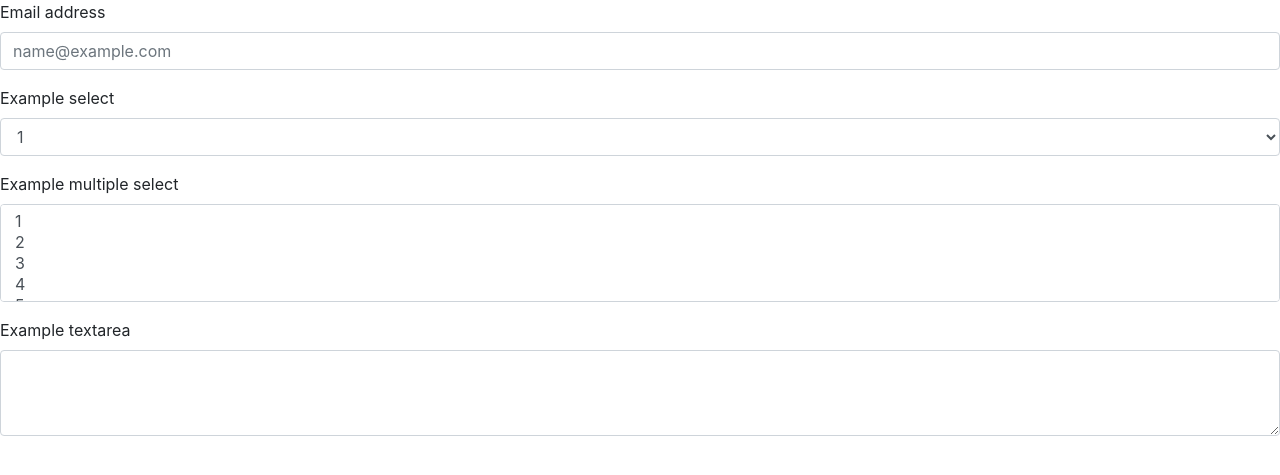
Repository: mkejeiri/Java-Entreprise
Page: http://localhost/complaintsystem/helloWorld
The author's editor kept a copy of each file at every save. The page is drawn from the files as they stood at one save, then again after the next save.
The browser window is 1280 px wide. The pictures show the whole page.
The page is served by Tomcat 9.

Above is the page before, as saved 2018-05-10 19:12:48.

After the next save:
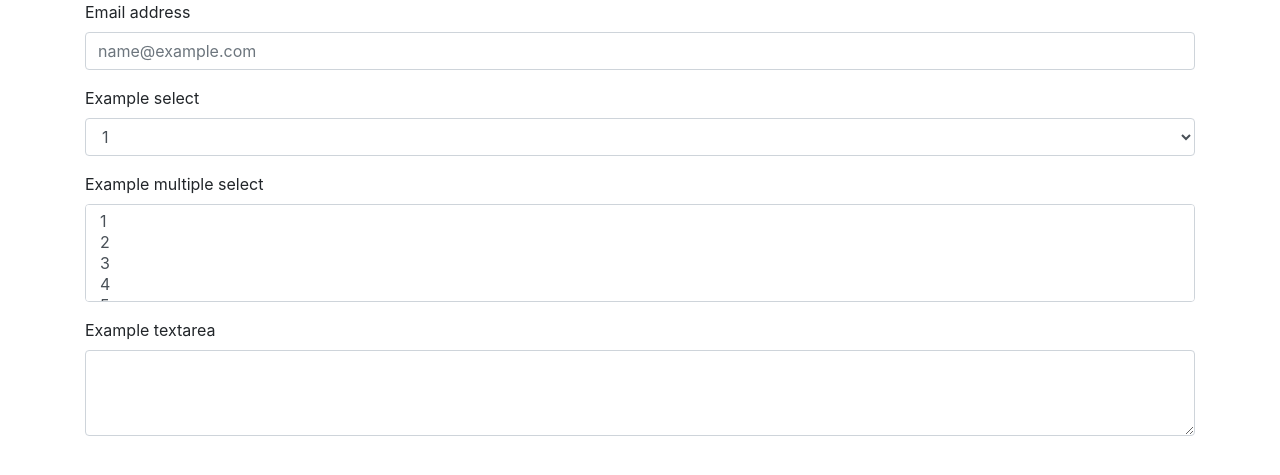
Saved 91 s later.
--- a/complaintsystem/complaintsystem/WebContent/WEB-INF/HelloWorld.jsp
+++ b/complaintsystem/complaintsystem/WebContent/WEB-INF/HelloWorld.jsp
@@ -10,7 +10,7 @@
 <title>Insert title here</title>
 </head>
 <body>
-	<div class=".container"	>
+	<div class="container"	>
 		<form action="/complaintsystem/submitComplaint" method="post">
 			<div class="form-group">
 			    <label for="exampleFormControlInput1">Email address</label>
